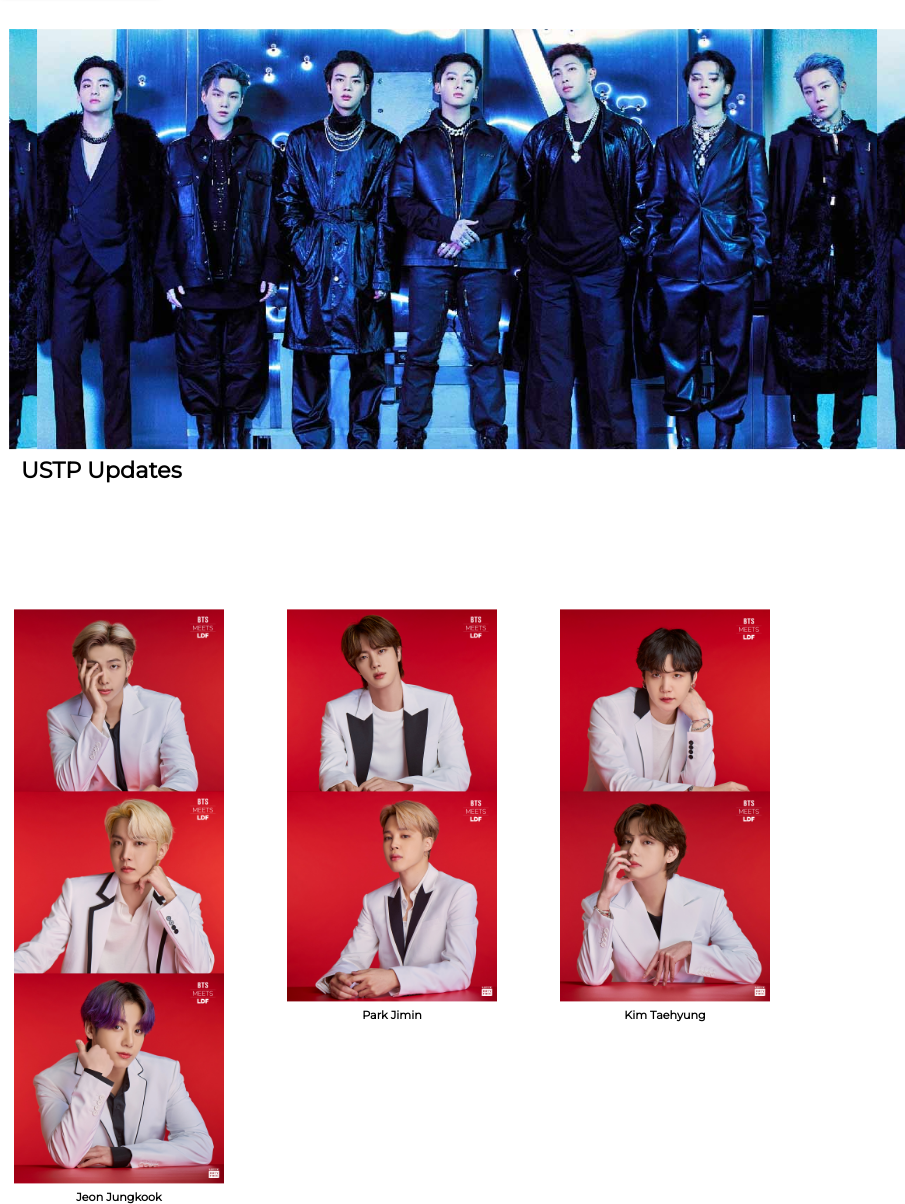
Repository: Joy5345/Colis-MidTerm_PIT
Page: index.html
The author's editor kept a copy of each file at every save. The page is drawn from the files as they stood at one save, then again after the next save.
The browser window is 1280 px wide. The page is 1293 px wide, so the pictures cover 1293 px, including what lies to the right of the window. The pictures show the part of the page from y = 911 to 2791 px (the page is 2631 px tall before and 2791 px after), at 70% of full size.

Above is the page before, as saved 2023-07-29 20:01:57.

### index.html
<!DOCTYPE html>
<html lang="en">
<head>
    <meta charset="UTF-8">
    <meta name="viewport" content="width=device-width, initial-scale=1.0">
    <link rel="stylesheet" href="css/style.css">
    <link rel="stylesheet" href="https://cdnjs.cloudflare.com/ajax/libs/font-awesome/6.4.0/css/all.min.css" integrity="sha512-iecdLmaskl7CVkqkXNQ/ZH/XLlvWZOJyj7Yy7tcenmpD1ypASozpmT/E0iPtmFIB46ZmdtAc9eNBvH0H/ZpiBw==" crossorigin="anonymous" referrerpolicy="no-referrer" />
    <link rel="preconnect" href="https://fonts.googleapis.com">
    <link rel="preconnect" href="https://fonts.gstatic.com" crossorigin>
    <link href="https://fonts.googleapis.com/css2?family=Montserrat:wght@100;200;300;400&display=swap" rel="stylesheet">
    <title>USTP</title>

</head>
<body>
    <div class="main1">
        <div class="nav-menu1">
            <nav>
                <ul>
                    <li><a href="#"><i class="fa-solid fa-arrow-up-right-from-square"></i>Career Center</a></li>
                    <li><a href="#"><i class="fa-solid fa-arrow-up-right-from-square"></i>Student Affairs</a></li>
                    <li><a href="#"><i class="fa-solid fa-arrow-up-right-from-square"></i>Alumni Affairs</a></li>
                    <li><a href="#"><i class="fa-solid fa-arrow-up-right-from-square"></i>Employees</a></li>
                    <li><a href="#"><i class="fa-solid fa-ear-listen"></i>COVID-19 Response</a></li>
                </ul>
            </nav>

            <div class="nav-icon">
                <a href="#"><i class="fa-solid fa-magnifying-glass"></i></a>
                <a href="#"><i class="fa-brands fa-twitter"></i></a>
                <a href="#"><i class="fa-brands fa-instagram"></i></a>
                <a href="#"><i class="fa-brands fa-youtube"></i></a>
                <a href="#"><i class="fa-brands fa-facebook-f"></i></a>
            </div>
        </div>
    </div>

    <div class="nav-menu2">
        <div class="container1">
            <nav>
                <div class="logo1">
                    <img src="images/USTP logo.png" alt="USTP" class="Univ">
                </div>
            </nav>


            <div class="nav-services">
                    <ul>
                        <li><a href="#">About <i class="fa-solid fa-angle-down"></i></a></li>
                        <li><a href="#">Academics <i class="fa-solid fa-angle-down"></i></a></li>
                        <li><a href="#">Research, Innovation & Entrepreneurship <i class="fa-solid fa-angle-down"></i></a></li>
                        <li><a href="#">Global <i class="fa-solid fa-angle-down"></i></a></li>
                        <li><a href="#">Updates <i class="fa-solid fa-angle-down"></i></a></li>
                        <li><a href="#">Services <i class="fa-solid fa-angle-down"></i></a></li>
                    </ul>
            </div>

        </div>
    </div>

    <div class="wallpaper1"></div>

    <div class="logos">
        <div class="container2">
            <img src="images/logo1.png" alt="Logo 1">
            <img src="images/logo2.png" alt="Logo 2">
            <img src="images/logo3.png" alt="Logo 3">
            <img src="images/logo4.png" alt="Logo 4">
            <img src="images/logo5.png" alt="Logo 5">
            <img src="images/logo6.png" alt="Logo 6">
        </div>
    </div>

    <div class="about-ustp-header">
        <nav class="about-ustp">
            <a href="#">ABOUT USTP</a>
        </nav>
    </div>

        <div>
            <div class="info">
                <p>Lorem ipsum dolor sit, amet consectetur adipisicing elit. Mollitia esse quisquam, velit laboriosam unde nostrum, vel beatae voluptate tempora commodi culpa consequatur perferendis corporis officia dignissimos eveniet assumenda consequuntur natus perspiciatis rem aspernatur recusandae. Laborum aspernatur quo sequi molestiae provident, amet reprehenderit, modi quaerat ut cum temporibus accusantium eveniet tenetur.</p> <br>

                <p>Lorem ipsum dolor sit amet consectetur adipisicing elit. Temporibus quos harum officiis quae incidunt nam vero consectetur similique cumque quisquam. Doloribus exercitationem perspiciatis sed obcaecati voluptas eum quam delectus temporibus veritatis, recusandae laboriosam minus quos ad sint quaerat corporis omnis voluptatem eveniet sit aperiam cupiditate. Dolor minus temporibus voluptatum tempora!</p>
            </div>
        </div>
    </div>

    <div class="learn-more">
        <div class="learn-more-btn">
            <a href="#" class="learn-more-link">Learn more about USTP</a>
        </div>
    </div>

    <div class="wallpaper2"></div>

    <h1>USTP Updates</h1>

    <div class="container4">
        <div class="card">
            <img src="images/kim namjoon.jpg" alt="card1">
            <div class="name">
              <p>Kim Namjoon</p>
            </div>
        </div>

        <div class="card">
            <img src="images/kim seokjin.jpg" alt="card2">
            <div class="name">
              <p>Kim Seokjin</p>
            </div>
        </div>

        <div class="card">
            <img src="images/min yoongi.jpg" alt="card3">
            <div class="name">
              <p>Min Yoongi</p>
            </div>
        </div>

        <div class="card">
            <img src="images/jung hoseok.jpg" alt="card4">
            <div class="name">
              <p>Jung Hoseok</p>
            </div>
        </div>

        <div class="card">
            <img src="images/park jimin.jpg" alt="card5">
            <div class="name">
              <p>Park Jimin</p>
            </div>
        </div>

        <div class="card">
            <img src="images/kim taehyung.jpg" alt="card6">
            <div class="name">
              <p>Kim Taehyung</p>
            </div>
        </div>

        <div class="card">
            <img src="images/jeon jungkook.jpg" alt="card7">
            <div class="name">
              <p>Jeon Jungkook</p>
            </div>
        </div>
    </div>


</body>
</html>

### css/style.css
*{
    font-family: Montserrat;
    box-sizing: border-box;
    margin: 0 0;
}
.main1{
    display: flex;
    background-color: rgb(17, 17, 56);
    color: aliceblue;
    width: 100%;
    justify-content: center;
    padding-top: 10px;
    padding-bottom: 10px;

}
.nav-menu1{
    width: 80%;
    background-color: rgb(17, 17, 56);
    display: flex;
    align-items: center;
    justify-content: space-between;
}
nav ul{
    list-style: none;
}
nav ul li{
   display: inline-flex;
   list-style: none;
}
nav ul li a{
    margin-right: 10px;
    color: aliceblue;
    font-size: .8rem;
    text-decoration: none;
}
nav ul li a i{
    margin-right: 10px;
}
.fa-solid{
    margin-left: 5px;
}
.nav-icon i{
    margin-left: 20px;
    color: aliceblue;
}
.fa-magnifying-glass{
    color: aliceblue;
    font-size: 1rem;
    font-weight: bolder;
}
.nav ul li a:hover{
    color:gold;
}
.nav-icon i:hover{
    color: gold;
}

.nav-menu2{
    background-color: #fff;
    padding: 5px;
    display: flex;
    align-items: center;
    justify-content: space-between;
}

.container1 {
    display: flex;
    align-items: center;
}

.Univ{
    width: 350px;
    margin-right: 10px;
}

.nav-services ul{
    display: flex;
    margin-left: auto;
    align-items:end;
    text-decoration: none;
}

.nav-services > ul li{
    display: inline-flex;
    margin-left: 20px;
    list-style: none;
}

.nav-services > ul li a{
    text-decoration: none;
    color:black;
    font-weight: bold;
    font-size: small;
    margin-left: 10px;
}

.nav-services > ul li a i{
    margin-left: 10px;
}

.nav-services > ul li a:hover{
    color: gray;
}

.wallpaper1{
    height: 350px;
    width: 100%;
    margin-left: 1%;
    background-image: url("../images/bts1.jpg");
    border-top-left-radius: 50px;
    border-bottom-right-radius: 50px;
    background-position: center center;
}

.logos{
    background-color: #f0f0f0;
    padding: 20px 0;
    text-align: center;
}

.container2{
    display: flex;
    justify-content: center;
}

.container2 img {
    max-width: 70px;
    margin: 0 15px;
}

.about-ustp-header{
    background-color: #220e5f;
    padding: 20px 20px 20px 20px;
    justify-content: flex-end;
    border-radius: 10px;
}

.about-ustp{
    text-transform: uppercase;
    text-align: right;
}

.about-ustp a {
    color: #fff;
    text-decoration: none;
    margin-left: auto;
}

.info {
    padding: 40px 20px;
    background-color: #fff;
    text-align: justify;
}

.info-content {
    max-width: 500px;
    margin: 0 auto;
}


.info-content p {
    font-size: 16px;
    margin-bottom: 100px;
}

.learn-more-btn {
    text-align: right;
    margin-bottom: 50px;
    background-color: #220e5f;
    position: right;
    align-items: flex-end;
    width: fit-content;
}

.learn-more-link {
    display: inline-block;
    padding: 10px 20px;
    background-color: var(--primary-color);
    color: goldenrod;
    text-decoration: none;
    border-radius: 5px;
    font-size: 16px;
    box-shadow: 0 4px 8px rgba(0, 0, 0, 0.2);
    transition: background-color 0.2s ease;
}

.learn-more-link:hover {
    text-decoration-color: #220e5f;
    background-color: goldenrod;
}

.wallpaper2{
    height: 600px;
    width: 100%;
    margin-left: 1%;
    background-image: url("../images/bts3.jpg");
    background-position: center center;
}

h1{
    padding-top: 10px;
    padding-left: 30px;
    gap: 2px;
}

.container4 {
    padding-top: 10px;
    display: flex;
    height: 100vh;
    width: 100vw;
    gap: 70px;
    flex-wrap: wrap;
  }

  @media screen and (max-width: 1600px) {
    .card {
      width: 300px;
    }
  }

  @media screen and (max-width: 800px) {
    .card {
      width: 500px;
    }
    .card-container {
      justify-content: center;
    }
  }

  .card{
    height: 100px;
    width: 300px;
    display: flex;
    flex-direction: column;
    gap: 10px;
    padding-top: 170px;
    margin-left: 20px;
    transition: ease-in-out 600ms;
}

.name{
    text-align: center;
    font-weight: bolder;
}

After the next save:
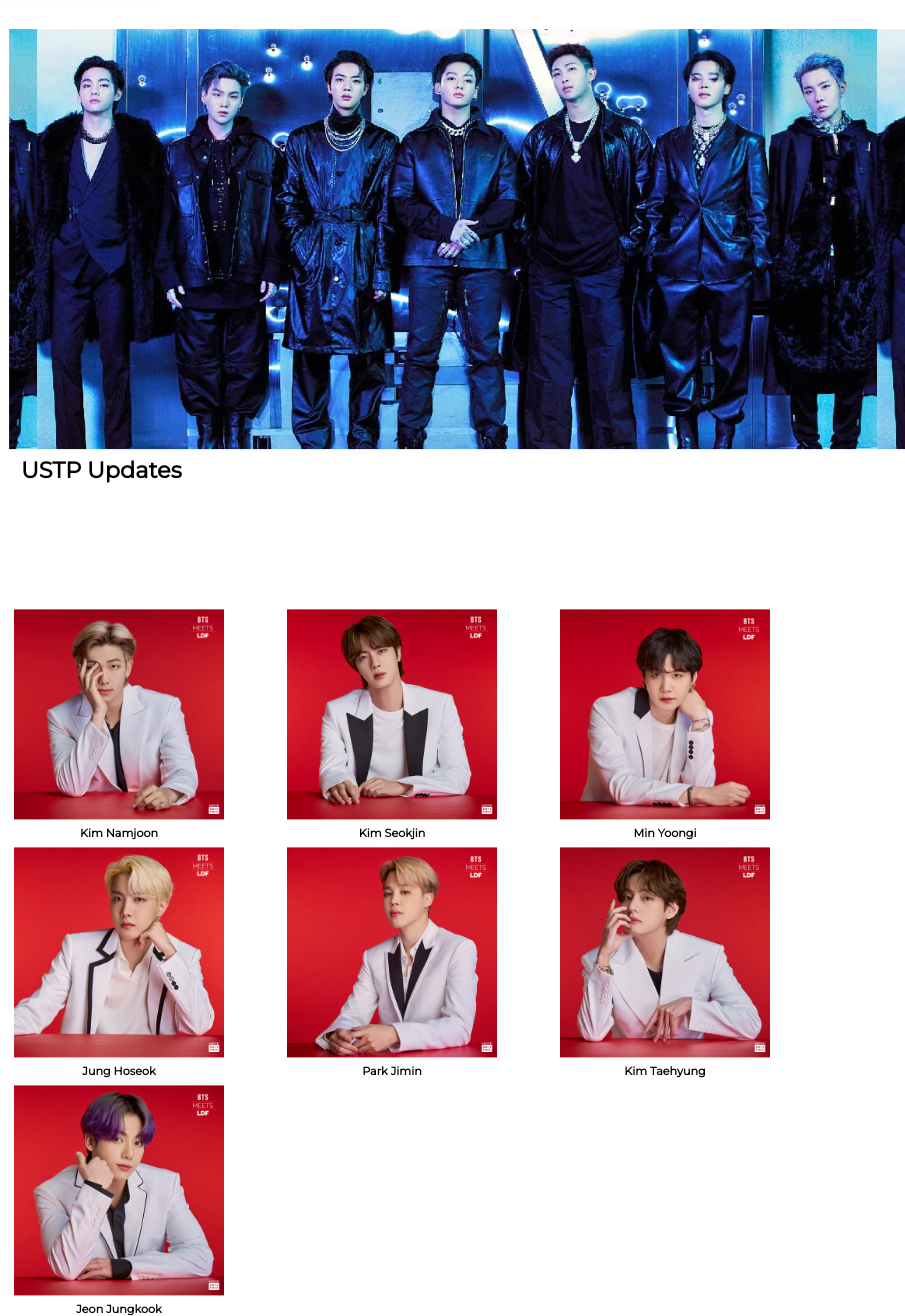
Saved 10 s later.
--- a/css/style.css
+++ b/css/style.css
@@ -233,7 +233,7 @@
     display: flex;
     flex-direction: column;
     gap: 10px;
-    padding-top: 170px;
+    margin-top: 170px;
     margin-left: 20px;
     transition: ease-in-out 600ms;
 }
